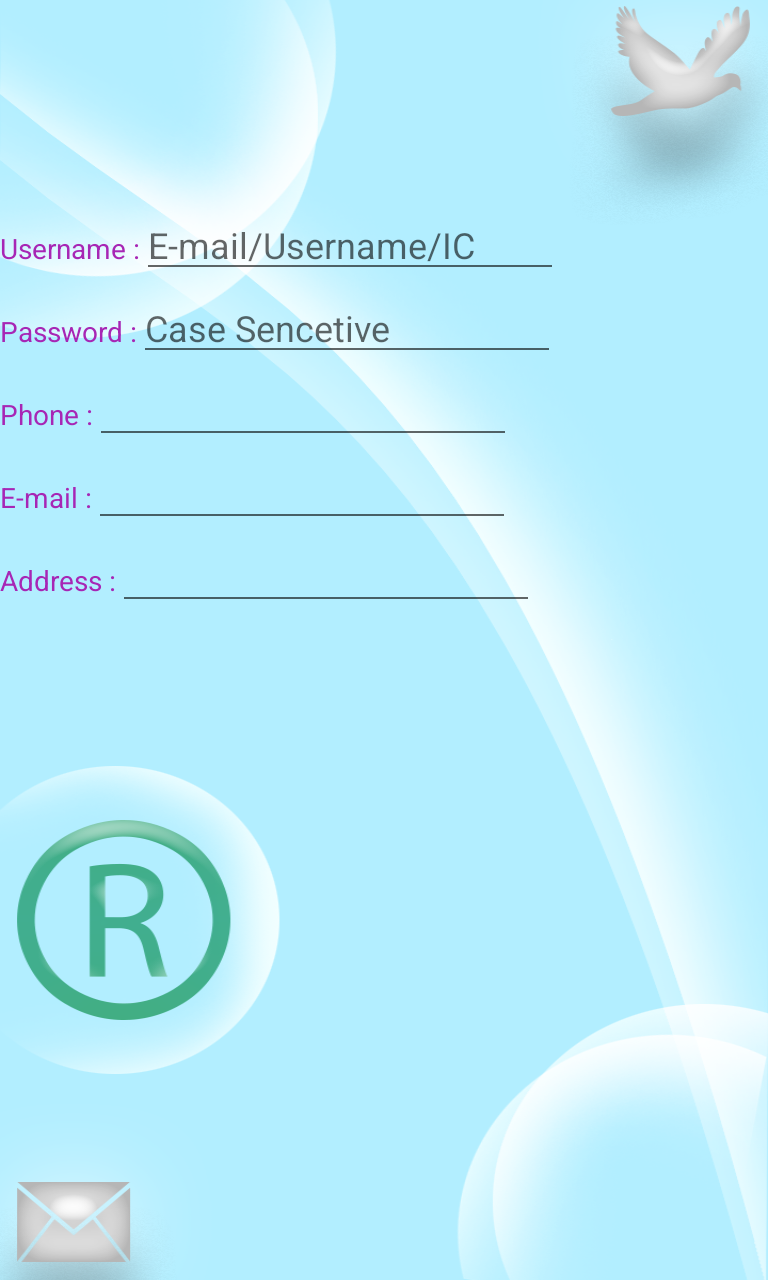
Repository: JodyCoolit/android
Layout: Delivery/res/layout/activity_signup.xml
An editor plug-in stored every save of this project. The layout is shown before and after a run of saves, followed by the edit.
It is drawn on a 768 x 1280 px phone screen (xhdpi) without system bars, with theme AppTheme; the app's code is not run.

Above is the layout before, as saved 2014-08-22 02:22:29.

### Delivery/res/layout/activity_signup.xml
<?xml version="1.0" encoding="utf-8"?>
<LinearLayout xmlns:android="http://schemas.android.com/apk/res/android"
    android:layout_width="match_parent"
    android:layout_height="match_parent"
    android:orientation="vertical"
    android:background="@drawable/bg_signup" >
	<LinearLayout
	    android:layout_width="match_parent"
   		android:layout_height="wrap_content"
	    android:orientation="horizontal"
	    android:layout_marginTop="100sp"
	    >
	    <TextView
        android:id="@+id/tv_signup_username"
        android:layout_width="wrap_content"
        android:layout_height="wrap_content"
        android:text="@string/tv_signup_username"
        android:textColor="#A726B5" />
	    <EditText
        android:id="@+id/et_signup_username"
        android:layout_width="wrap_content"
        android:layout_height="wrap_content"
        android:ems="10"
        android:hint="@string/hint_signup_username"
        android:textColor="#26B58F">
    </EditText>
	</LinearLayout>

	<LinearLayout
	    android:layout_width="match_parent"
   		android:layout_height="wrap_content"
	    android:orientation="horizontal"
	    >
		 <TextView
		    android:id="@+id/tv_signup_password"
		    android:layout_width="wrap_content"
		    android:layout_height="wrap_content"
		    android:text="@string/tv_signup_password"
		    android:textColor="#A726B5" />

		<EditText
		    android:id="@+id/et_signup_password"
		    android:layout_width="wrap_content"
		    android:layout_height="wrap_content"
		    android:ems="10"
		    android:inputType="textPassword"
		    android:hint="@string/hint_signup_password"
		    android:textColor="#26B58F" />
	</LinearLayout>
	<LinearLayout
	    android:layout_width="match_parent"
   		android:layout_height="wrap_content"
	    android:orientation="horizontal"
	    >
		 <TextView
		    android:id="@+id/tv_signup_phone"
		    android:layout_width="wrap_content"
		    android:layout_height="wrap_content"
		    android:text="@string/tv_signup_phone"
		    android:textColor="#A726B5" />

		<EditText
		    android:id="@+id/et_signup_phone"
		    android:layout_width="wrap_content"
		    android:layout_height="wrap_content"
		    android:ems="10"
		    android:inputType="phone"
		    android:textColor="#26B58F" />
	</LinearLayout>

	<LinearLayout
	    android:layout_width="match_parent"
   		android:layout_height="wrap_content"
	    android:orientation="horizontal"
	    >
		 <TextView
		    android:id="@+id/tv_signup_email"
		    android:layout_width="wrap_content"
		    android:layout_height="wrap_content"
		    android:text="@string/tv_signup_email"
		    android:textColor="#A726B5" />

		<EditText
		    android:id="@+id/et_signup_email"
		    android:layout_width="wrap_content"
		    android:layout_height="wrap_content"
		    android:ems="10"
		    android:textColor="#26B58F" />
	</LinearLayout>

	<LinearLayout
	    android:layout_width="match_parent"
   		android:layout_height="wrap_content"
	    android:orientation="horizontal"
	    >
		 <TextView
		    android:id="@+id/tv_signup_address"
		    android:layout_width="wrap_content"
		    android:layout_height="wrap_content"
		    android:text="@string/tv_signup_address"
		    android:textColor="#A726B5" />

		<EditText
		    android:id="@+id/et_signup_address"
		    android:layout_width="wrap_content"
		    android:layout_height="wrap_content"
		    android:ems="10"
		    android:textColor="#26B58F" />
	</LinearLayout>
</LinearLayout>

### Delivery/res/values/strings.xml
<?xml version="1.0" encoding="utf-8"?>
<resources>
    <string name="app_name">Delivery</string>
    <string name="signup">Sign Up</string>

    <!-- LoginActivity -->
    <string name="welcome">Welcome!</string>
	<string name="btn_signin">Sign in</string>
	<string name="btn_signup">Sign up</string>
	<string name="hint_username">Enter your username here</string>
	<string name="hint_password">Enter your password here</string>

	<!--  SignupActivity -->
	<string name="tv_signup_username">Username : </string>
	<string name="tv_signup_password">Password : </string>
	<string name="hint_signup_username">E-mail/Username/IC</string>
	<string name="hint_signup_password">Case Sencetive</string>
	<string name="tv_signup_phone">Phone : </string>
	<string name="tv_signup_email">E-mail : </string>
	<string name="tv_signup_address">Address : </string>
</resources>

Loaded but not shown: Delivery/res/values/styles.xml (common file); Delivery/res/values-v11/styles.xml (common file); Delivery/res/values-v14/styles.xml (common file)

After the next 2 saves:
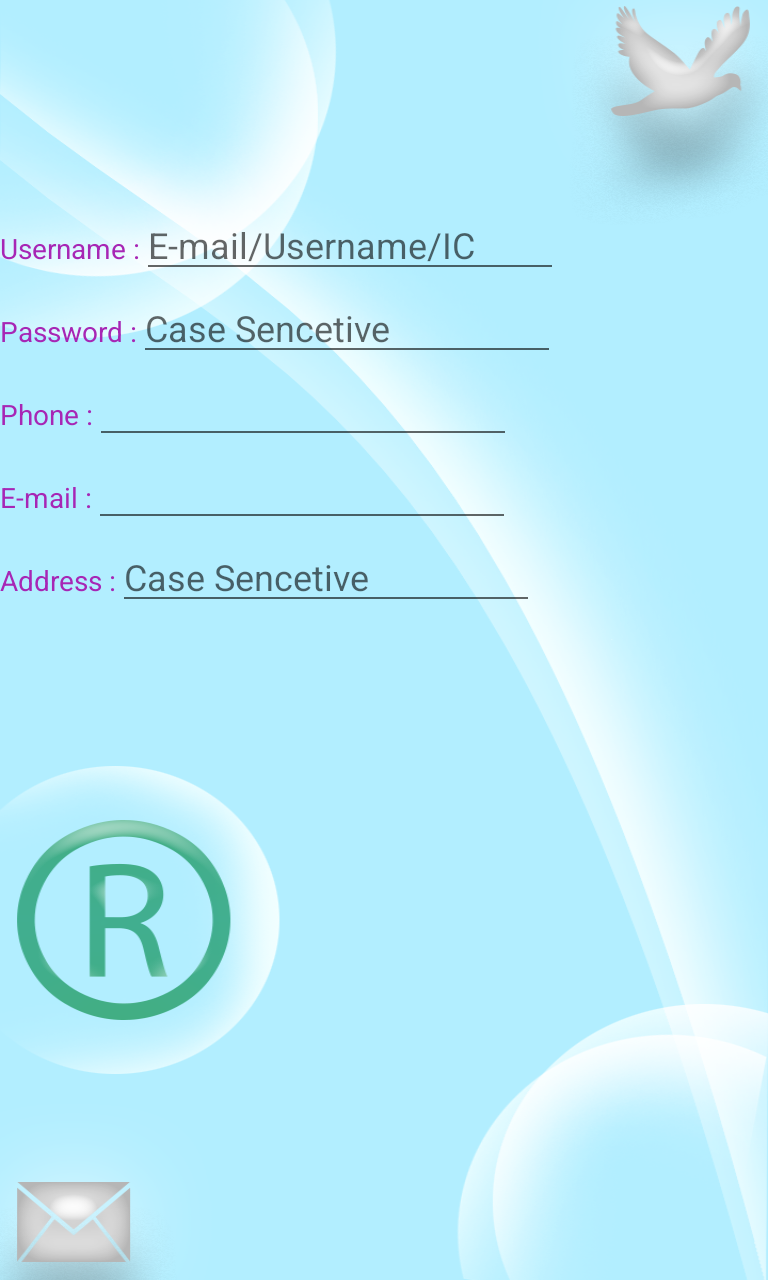
The 2 saves are shown as one change because 1 did not build or start.
The last was saved 57 s later.
--- a/Delivery/res/layout/activity_signup.xml
+++ b/Delivery/res/layout/activity_signup.xml
@@ -105,6 +105,7 @@
 		    android:layout_width="wrap_content"
 		    android:layout_height="wrap_content"
 		    android:ems="10"
-		    android:textColor="#26B58F" />
+		    android:textColor="#26B58F"
+		    android:hint="@string/hint_signup_password" />
 	</LinearLayout>
 </LinearLayout>
